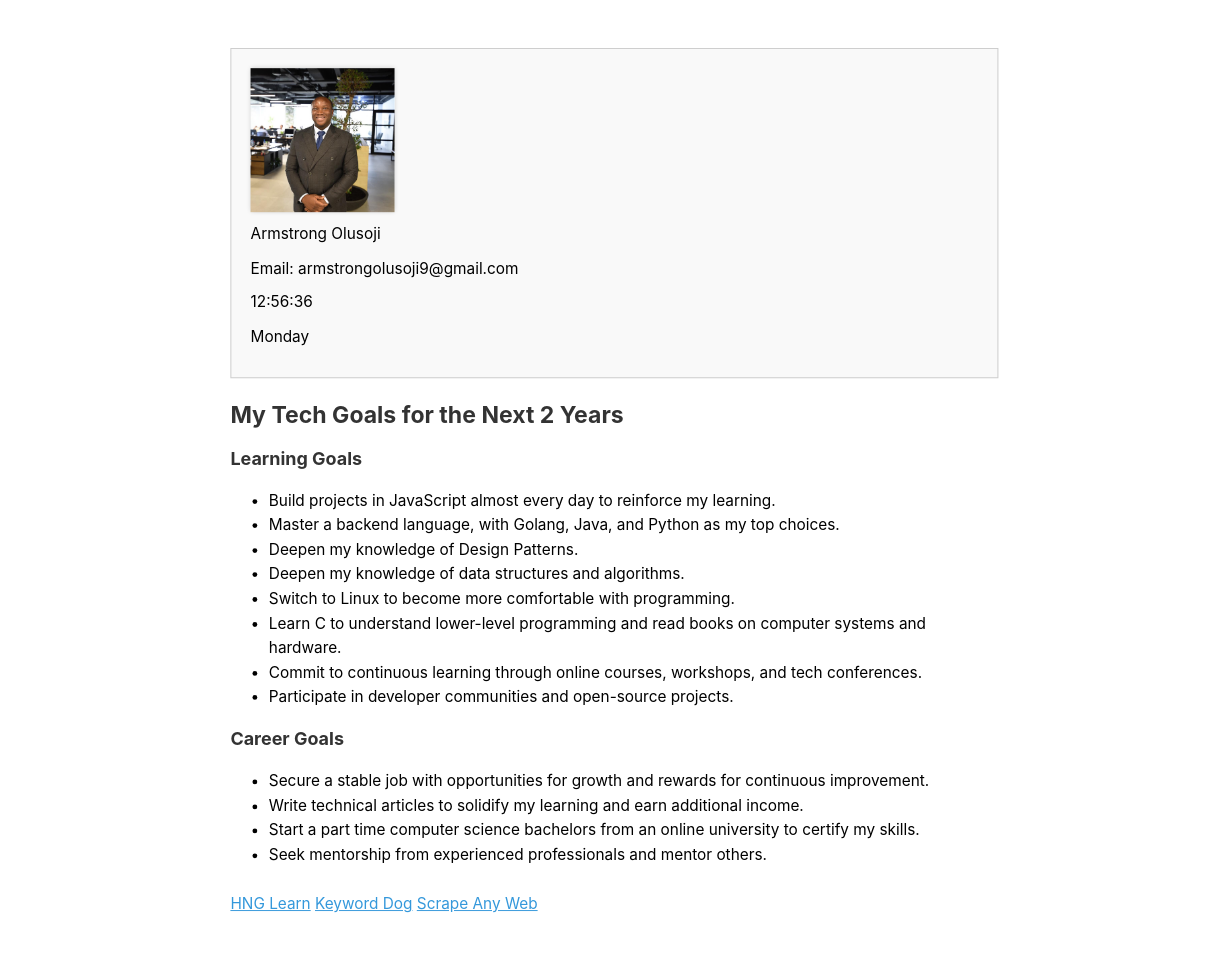
Repository: Armstrong2035/hng-project-one
Page: index.html
These files come from the project's save history. The page is drawn as it stood at one moment and after the next save; the edit follows.
The browser window is 1280 px wide. The pictures show the whole page, at 96% of full size.
Some web fonts or font styles are not loaded; a fallback is used.

Above is the page before, as saved 2024-07-01 17:10:45.

### index.html
<!DOCTYPE html>
<html>
  <head>
    <meta charset="utf-8" />
    <meta name="viewport" content="width=device-width" />
    <title>Armstrong Olusoji's Goals</title>
    <link href="style.css" rel="stylesheet" type="text/css" />
    <script src="script.js" defer></script>
  </head>
  <body>
    <div id="container">
      <div class="profile-card">
        <div class="profile-picture">
          <img
            src="Headshot.jpg"
            alt="Profile Picture"
            class="headshot"
            data-testid="slackProfilePicture"
          />
        </div>
        <div class="display-information">
          <p data-testid="slackDisplayName">Armstrong Olusoji</p>
          <p data-testid="slackEmail">Email: armstrongolusoji9@gmail.com</p>
          <p data-testid="currentTimeUTC" id="current-time">Loading...</p>
          <p data-testid="currentDay" id="current-day">Loading...</p>
        </div>
      </div>

      <section id="my-goals">
        <h2>My Tech Goals for the Next 2 Years</h2>
        <div class="learning-goals">
          <h3>Learning Goals</h3>
          <ul>
            <li>
              Build projects in JavaScript almost every day to reinforce my
              learning.
            </li>
            <li>
              Master a backend language, with Golang, Java, and Python as my top
              choices.
            </li>
            <li>Deepen my knowledge of Design Patterns.</li>
            <li>Deepen my knowledge of data structures and algorithms.</li>
            <li>
              Switch to Linux to become more comfortable with programming.
            </li>
            <li>
              Learn C to understand lower-level programming and read books on
              computer systems and hardware.
            </li>
            <li>
              Commit to continuous learning through online courses, workshops,
              and tech conferences.
            </li>
            <li>
              Participate in developer communities and open-source projects.
            </li>
          </ul>
        </div>
        <div class="career-goals">
          <h3>Career Goals</h3>
          <ul>
            <li>
              Secure a stable job with opportunities for growth and rewards for
              continuous improvement.
            </li>
            <li>
              Write technical articles to solidify my learning and earn
              additional income.
            </li>
            <li>
              Start a part time computer science bachelors from an online
              university to certify my skills.
            </li>
            <li>
              Seek mentorship from experienced professionals and mentor others.
            </li>
          </ul>
        </div>
      </section>

      <section>
        <a href="https://hng.tech/learn" data-testid="hngLink">HNG Learn</a>
        <a href="https://keyword.dog" data-testid="keywordLink">Keyword Dog</a>
        <a href="https://scrapeanyweb.site" data-testid="scrapeanywebLink"
          >Scrape Any Web</a
        >
      </section>
    </div>
  </body>
</html>

### style.css
@font-face {
  font-family: Hacked;
  src: url(https://hackedfont.com/HACKED.ttf);
}

body {
  font-family: inter;
  line-height: 1.6;
  margin: 0;
  padding: 0;
  /* background: linear-gradient(to bottom right, #3498db, #2ecc71); */
}

#container {
  max-width: 800px;
  margin: 0 auto;
  padding: 50px;
  background-color: #fff;
}

.profile-card {
  margin-bottom: 20px;
  display: flex;
  flex-direction: column;
  align-items: flex-start;
  border: 1px solid #ccc;
  padding: 20px 20px;
  background-color: #f9f9f9;
}

.profile-picture {
  height: 150px;
  width: 150px;

  align-self: flex-start;
  box-shadow: 0 0 5px rgba(0, 0, 0, 0.2);
}

.profile-picture .headshot {
  height: 100%;
  width: 100%;
  object-fit: cover;
}

.display-information p {
  margin: 10px 0;
}

h2,
h3 {
  margin: 10px 0;
  color: #333;
}

a {
  display: inline-block;
  margin: 10px 0;
  color: #3498db;
}

### script.js
function updateTime() {
  const now = new Date();
  const utcTime = now.toISOString().slice(11, 19);
  const day = now.toLocaleDateString("en-US", { weekday: "long" });
  document.getElementById("current-time").textContent = ` ${utcTime}`;
  document.getElementById("current-day").textContent = ` ${day}`;
}

setInterval(updateTime, 1000);
updateTime();

After the next save:
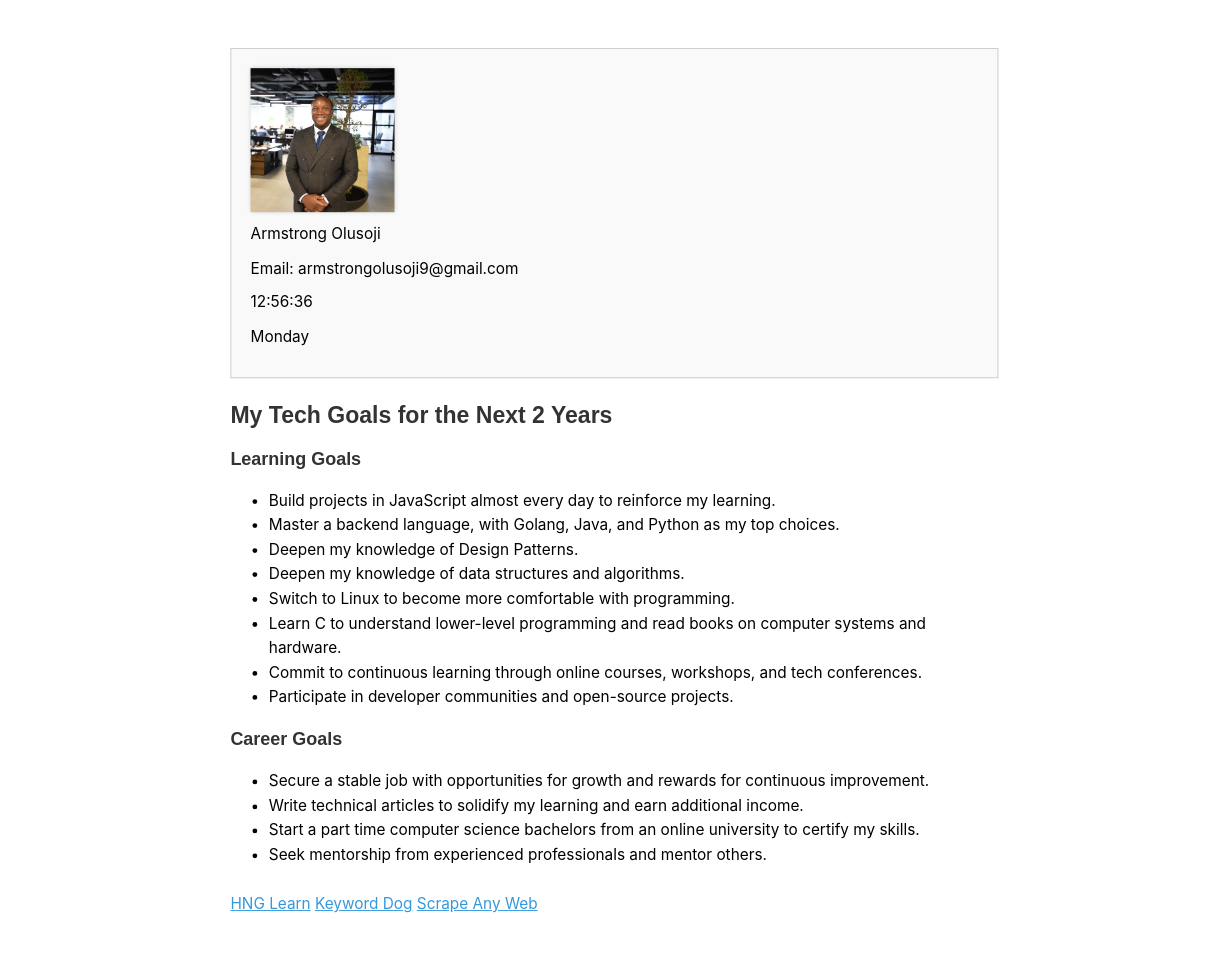
Saved 19 s later.
--- a/style.css
+++ b/style.css
@@ -48,6 +48,7 @@
 
 h2,
 h3 {
+  font-family: Hacked, sans-serif;
   margin: 10px 0;
   color: #333;
 }

After the save that followed:
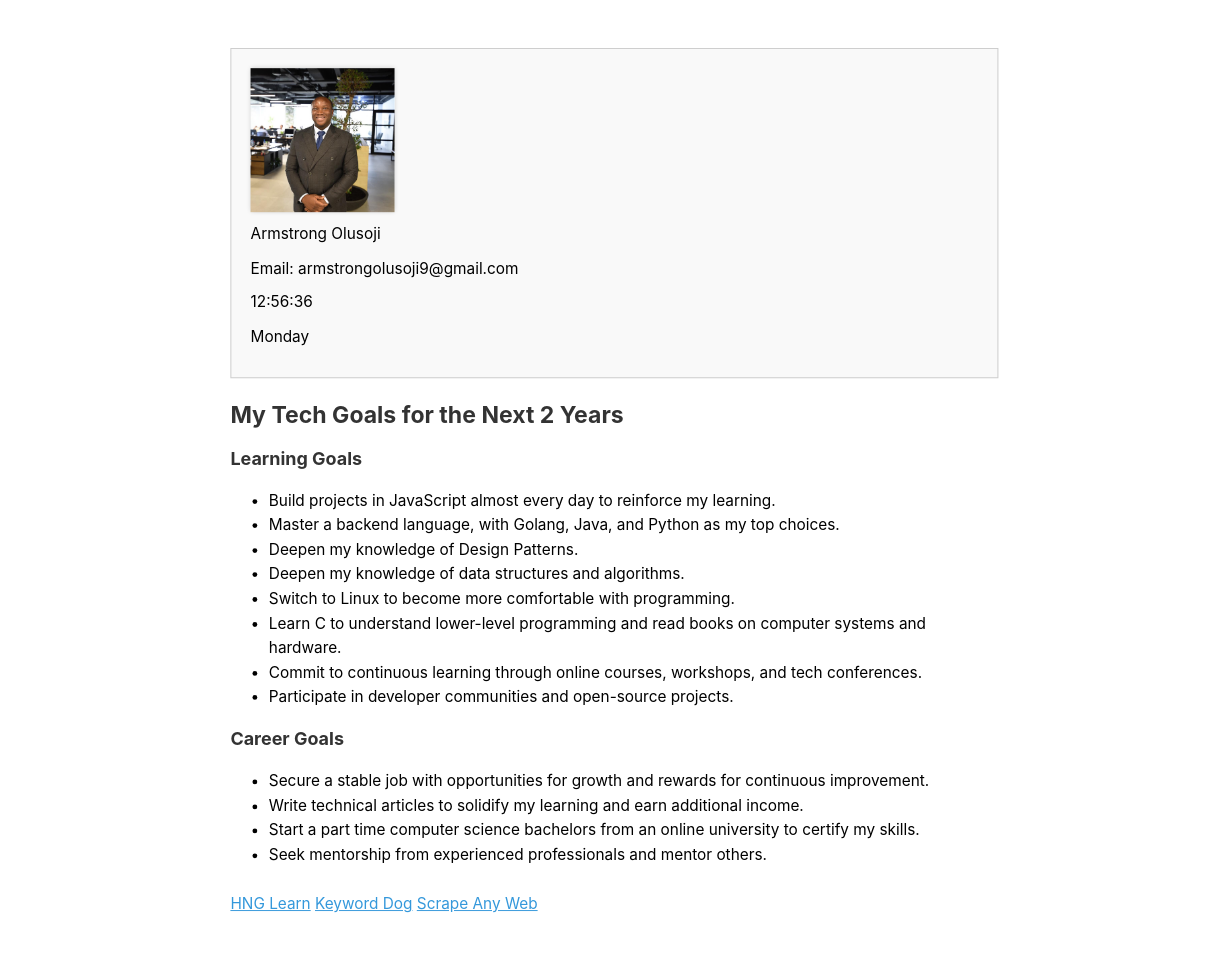
Saved 13 s later.
--- a/style.css
+++ b/style.css
@@ -48,7 +48,6 @@
 
 h2,
 h3 {
-  font-family: Hacked, sans-serif;
   margin: 10px 0;
   color: #333;
 }
